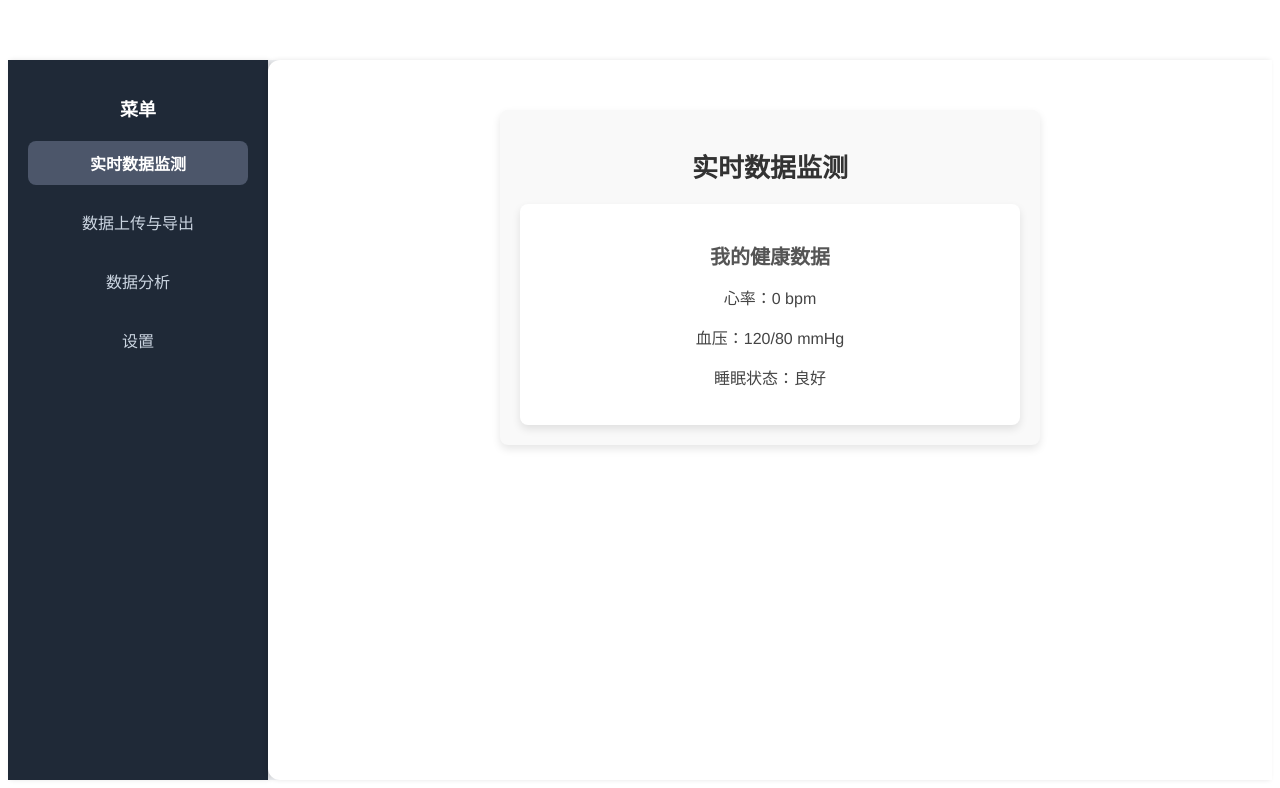
Repository: hyperion0831/The-management-of-IoT-data-sharing-based-on-blockchain
Page: / (app in Dz/frontend/)
The author's editor kept a copy of each file at every save. The page is drawn from the files as they stood at one save, then again after the next save.
The browser window is 1280 px wide. The pictures show the whole page.
The project was rebuilt for these pictures with package versions that can differ from the ones it lists, and the page was loaded fresh each time. Also part of the build but not shown: Dz/frontend/vue.config.js, Dz/frontend/src/components/dashboard/DataUploadAndExport.vue, Dz/frontend/src/components/dashboard/DataAnalysis.vue, Dz/frontend/src/components/dashboard/AppSettings.vue.

Above is the page before, as saved 2024-11-03 20:57:04.

After the next save:
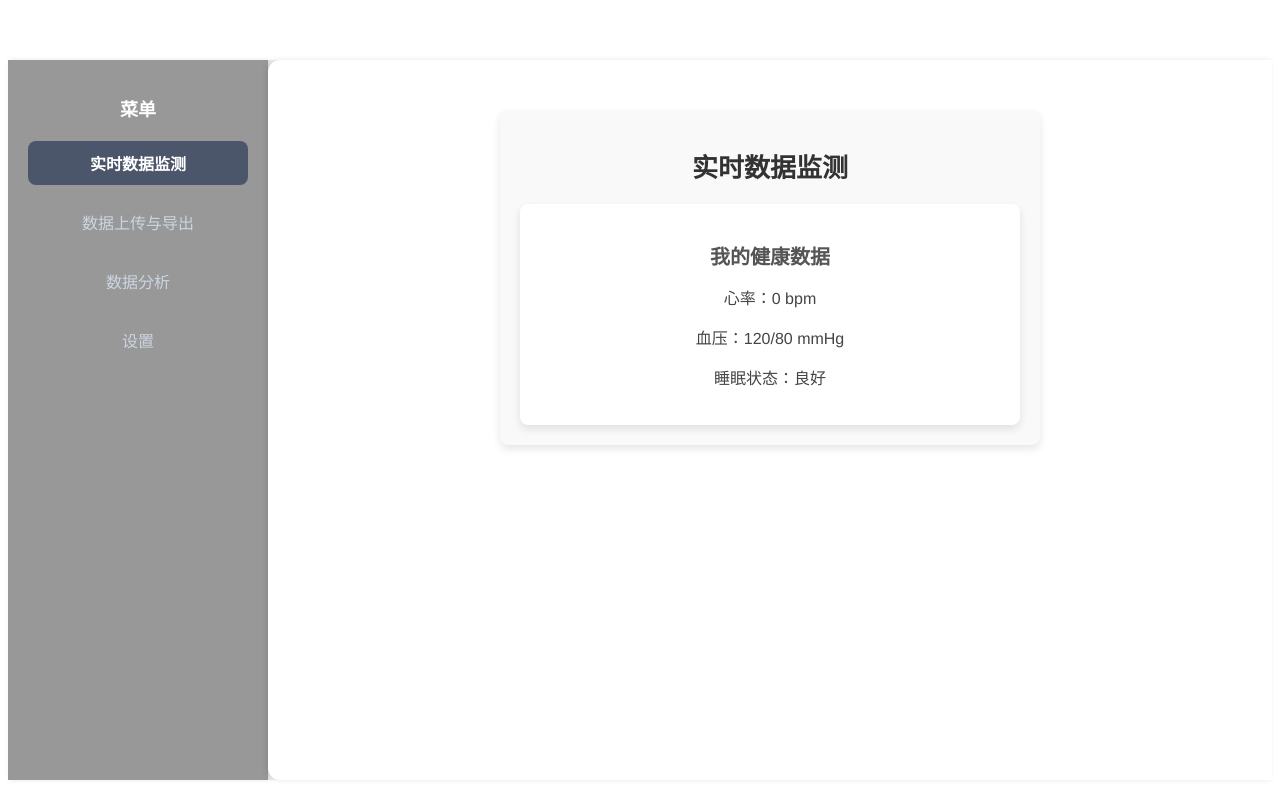
Saved 34 s later.
--- a/Dz/frontend/src/components/DataDashBoard.vue
+++ b/Dz/frontend/src/components/DataDashBoard.vue
@@ -108,7 +108,7 @@ export default {
 .sidebar {
   width: 220px;
   padding: 20px;
-  background-color: #1f2937;
+  background-color: #989898;
   color: #ffffff;
   box-shadow: 2px 0 5px rgba(0, 0, 0, 0.1);
 }
